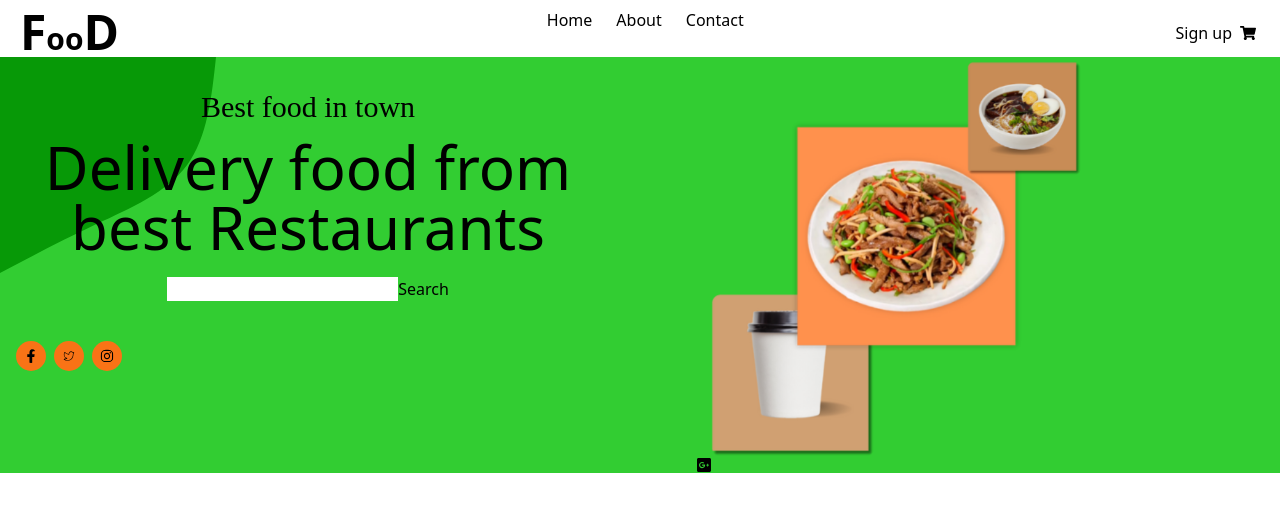
Repository: KhushiCode14/FoodWeb
Page: /
An editor plug-in stored every save of this project. The page is shown before and after the next save, followed by the edit.
The browser window is 1280 px wide. The pictures show the whole page.
The project was rebuilt for these pictures with package versions that can differ from the ones it lists, and the page was loaded fresh each time. Also part of the build but not shown: src/components/Home/SignUp.tsx, src/components/Home/SignIn.tsx.

Above is the page before, as saved 2024-09-19 20:12:52.

After the next save:
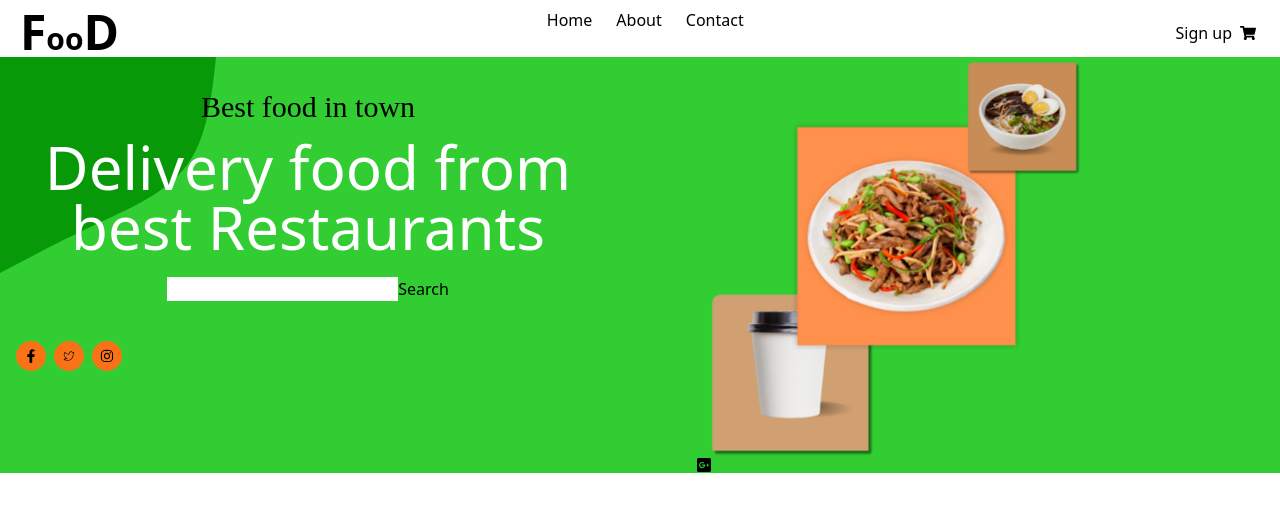
Saved 19 s later.
--- a/src/Pages/Home.tsx
+++ b/src/Pages/Home.tsx
@@ -10,7 +10,7 @@ const Home: React.FC = () => {
 
       <div className="w-1/2 justify-center items-center m-4 mt-8 ">
         <h3 className="font-cursive text-3xl mb-3">Best food in town</h3>
-        <h1 className="text-6xl mb-5">Delivery food from best Restaurants</h1>
+        <h1 className="text-6xl mb-5 text-white">Delivery food from best Restaurants</h1>
         <div className="justify-between">
          <div className="mb-10">
          <input type="text"></input>
